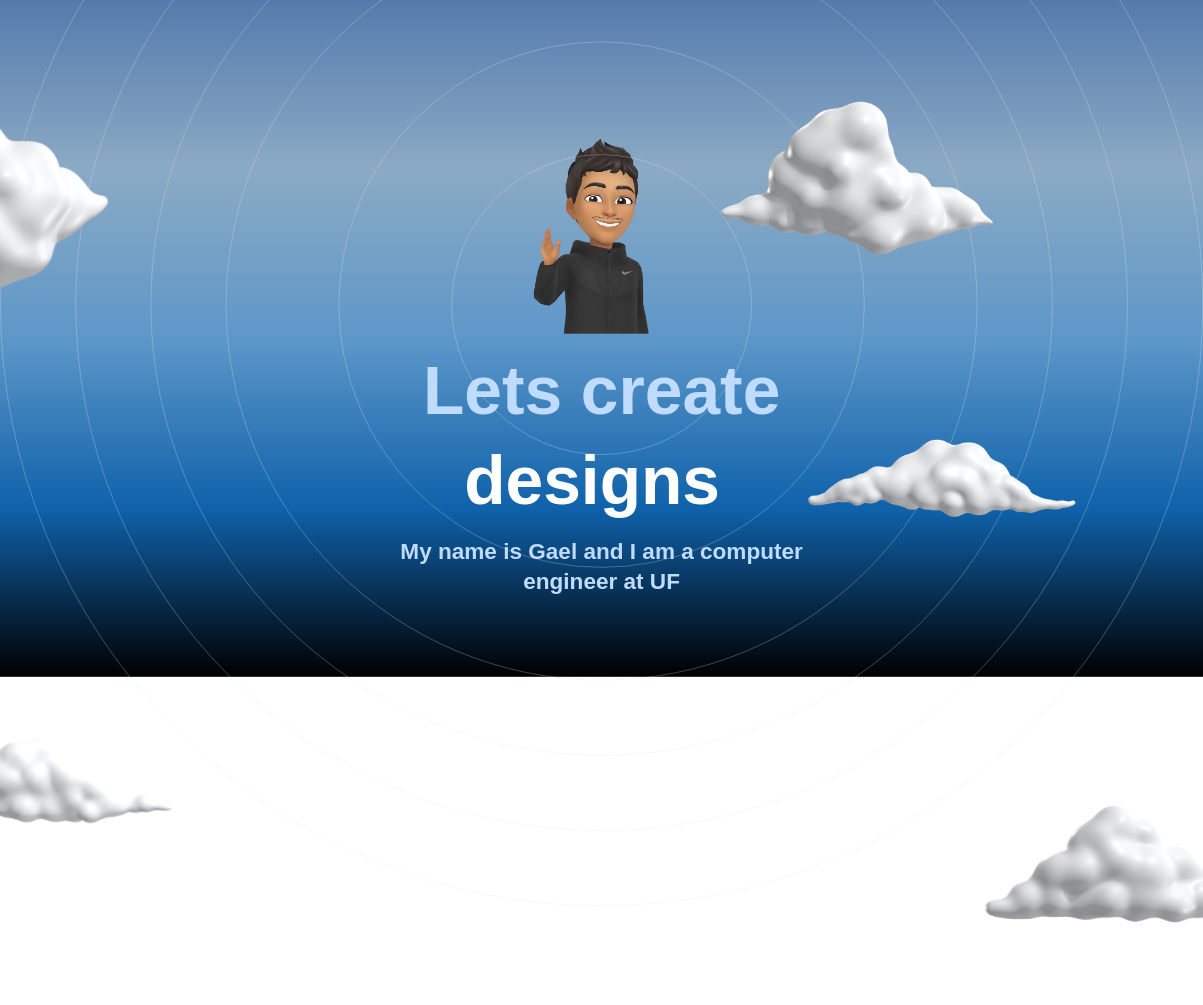
Repository: GG1627/2d-portfolio
Page: /
The author's editor kept a copy of each file at every save. The page is drawn from the files as they stood at one save, then again after the next save.
The browser window is 1280 px wide. The pictures show the whole page, at 94% of full size.
The project was rebuilt for these pictures with package versions that can differ from the ones it lists, and the page was loaded fresh each time. The framework's server and built-in components were replaced by stand-ins that run in the browser. Also part of the build but not shown: next.config.ts.

Above is the page before, as saved 2025-01-07 16:02:13.

### app/page.tsx
import Image from "next/image";
import { Hero } from "./components/ui/Hero";

export default function Home() {
  return (
    <div>
      <Hero />
    </div>
  );
}

### app/components/ui/Hero.tsx
"use client";
import Image from "next/image";
import { TypeAnimation } from "react-type-animation";
import React, { useRef } from "react";
import ParallaxClouds from "./Clouds";

export const Hero = () => {
  const parallaxRef = useRef<HTMLDivElement>(null); // Keeps it flexible

  return (
    <div
      style={{
        background:
          "linear-gradient(180deg, #557BAD, #8BAAC4, #5D97C9, #0F62AB, #000)",
      }}
      className="overflow-x-clip min-h-screen pt-12 flex items-center justify-center relative"
    >
      <div className="container mx-auto space-y-6 flex items-center justify-center flex-col text-center">
        <Image
          src="/avatar.png"
          alt="avatar"
          className="mx-auto"
          width={250}
          height={250}
        />
        <h1 className="text-blue-200 font-extrabold text-7xl">Lets create</h1>
        <TypeAnimation
          className="text-7xl text-white inline-block font-extrabold"
          wrapper="h1"
          cursor={true}
          repeat={Infinity}
          sequence={["experience", 1000, "websites", 1000, "designs", 1000]}
        />
        <p className="text-blue-200 text-2xl font-semibold max-w-[500px]">
          My name is Gael and I am a computer engineer at UF
        </p>
        <ParallaxClouds />
      </div>
    </div>
  );
};

### app/components/ui/Clouds.tsx
import React, { useEffect, useState } from "react";
import Cloud1 from "../../assets/cloud1.png";
import Cloud2 from "../../assets/cloud2.png";
import Cloud3 from "../../assets/cloud3.png";
import Cloud4 from "../../assets/cloud4.png";
import Cloud5 from "../../assets/cloud5.png";
import Image from "next/image";
import { Circles } from "./Circles";

const ParallaxClouds = () => {
  const [mousePosition, setMousePosition] = useState({ x: 0, y: 0 });
  const [cloudsPosition, setCloudsPosition] = useState({
    cloud1: { x: 0, y: 0 },
    cloud2: { x: 0, y: 0 },
    cloud3: { x: 0, y: 0 },
    cloud4: { x: 0, y: 0 },
    cloud5: { x: 0, y: 0 },
  });

  // Track mouse position
  const handleMouseMove = (e: MouseEvent) => {
    const { clientX, clientY } = e;
    setMousePosition({ x: clientX, y: clientY });
  };

  // Calculate cloud positions based on mouse position
  useEffect(() => {
    const updateCloudPositions = () => {
      setCloudsPosition({
        cloud1: {
          x: (mousePosition.x - window.innerWidth / 2) * 0.05,
          y: (mousePosition.y - window.innerHeight / 2) * 0.05,
        },
        cloud2: {
          x: (mousePosition.x - window.innerWidth / 2) * 0.1,
          y: (mousePosition.y - window.innerHeight / 2) * 0.1,
        },
        cloud3: {
          x: (mousePosition.x - window.innerWidth / 2) * 0.15,
          y: (mousePosition.y - window.innerHeight / 2) * 0.15,
        },
        cloud4: {
          x: (mousePosition.x - window.innerWidth / 2) * 0.2,
          y: (mousePosition.y - window.innerHeight / 2) * 0.2,
        },
        cloud5: {
          x: (mousePosition.x - window.innerWidth / 2) * 0.25,
          y: (mousePosition.y - window.innerHeight / 2) * 0.25,
        },
      });
    };

    updateCloudPositions();
  }, [mousePosition]); // Update whenever the mouse position changes

  // Add event listener for mouse movement
  useEffect(() => {
    window.addEventListener("mousemove", handleMouseMove);

    // Clean up the event listener
    return () => {
      window.removeEventListener("mousemove", handleMouseMove);
    };
  }, []);

  return (
    <div className="absolute top-[-45%] left-[50%] w-[78rem] -translate-x-1/2 aspect-square">
      <Circles />
      <Image
        src={Cloud1}
        alt="cloud 1"
        className="absolute"
        style={{
          left: `calc(-7% + ${cloudsPosition.cloud1.x}px)`,
          top: `calc(80% + ${cloudsPosition.cloud1.y}px)`,
          width: "300px", // Make the cloud smaller
          transition: "transform 0.1s ease-out",
        }}
      />
      <Image
        src={Cloud2}
        alt="cloud 2"
        className="absolute"
        style={{
          left: `calc(65% + ${cloudsPosition.cloud2.x}px)`,
          top: `calc(30% + ${cloudsPosition.cloud2.y}px)`,
          width: "300px", // Make the cloud smaller
          transition: "transform 0.1s ease-out",
        }}
      />
      <Image
        src={Cloud3}
        alt="cloud 3"
        className="absolute"
        style={{
          left: `calc(90% + ${cloudsPosition.cloud3.x}px)`,
          top: `calc(90% + ${cloudsPosition.cloud3.y}px)`,
          width: "300px", // Make the cloud smaller
          transition: "transform 0.1s ease-out",
        }}
      />
      <Image
        src={Cloud4}
        alt="cloud 4"
        className="absolute"
        style={{
          left: `calc(-5% + ${cloudsPosition.cloud4.x}px)`,
          top: `calc(35% + ${cloudsPosition.cloud4.y}px)`,
          width: "300px", // Make the cloud smaller
          transition: "transform 0.1s ease-out",
        }}
      />
      <Image
        src={Cloud5}
        alt="cloud 5"
        className="absolute"
        style={{
          left: `calc(80% + ${cloudsPosition.cloud5.x}px)`,
          top: `calc(60% + ${cloudsPosition.cloud5.y}px)`,
          width: "300px", // Make the cloud smaller

          transition: "transform 0.1s ease-out",
        }}
      />
    </div>
  );
};

export default ParallaxClouds;

### app/components/ui/Circles.tsx
export const Circles = () => {
  return (
    <>
      <div className="aspect-square absolute opacity-30 top-1/2 left-1/2 w-[60rem] border rounded-full -translate-x-1/2 -translate-y-1/2"></div>
      <div className="aspect-square absolute opacity-30 top-1/2 left-1/2 w-[50rem] border rounded-full -translate-x-1/2 -translate-y-1/2"></div>
      <div className="aspect-square absolute opacity-30 top-1/2 left-1/2 w-[35rem] border rounded-full -translate-x-1/2 -translate-y-1/2"></div>
      <div className="aspect-square absolute opacity-30 top-1/2 left-1/2 w-[20rem] border rounded-full -translate-x-1/2 -translate-y-1/2"></div>
      <div className="aspect-square absolute opacity-30 top-1/2 left-1/2 w-[70rem] border rounded-full -translate-x-1/2 -translate-y-1/2"></div>
      <div className="aspect-square absolute opacity-30 top-1/2 left-1/2 w-[80rem] border rounded-full -translate-x-1/2 -translate-y-1/2"></div>
    </>
  );
};

Loaded but not shown: app/layout.tsx (common file); app/globals.css (common file); tailwind.config.ts (common file)

After the next save:
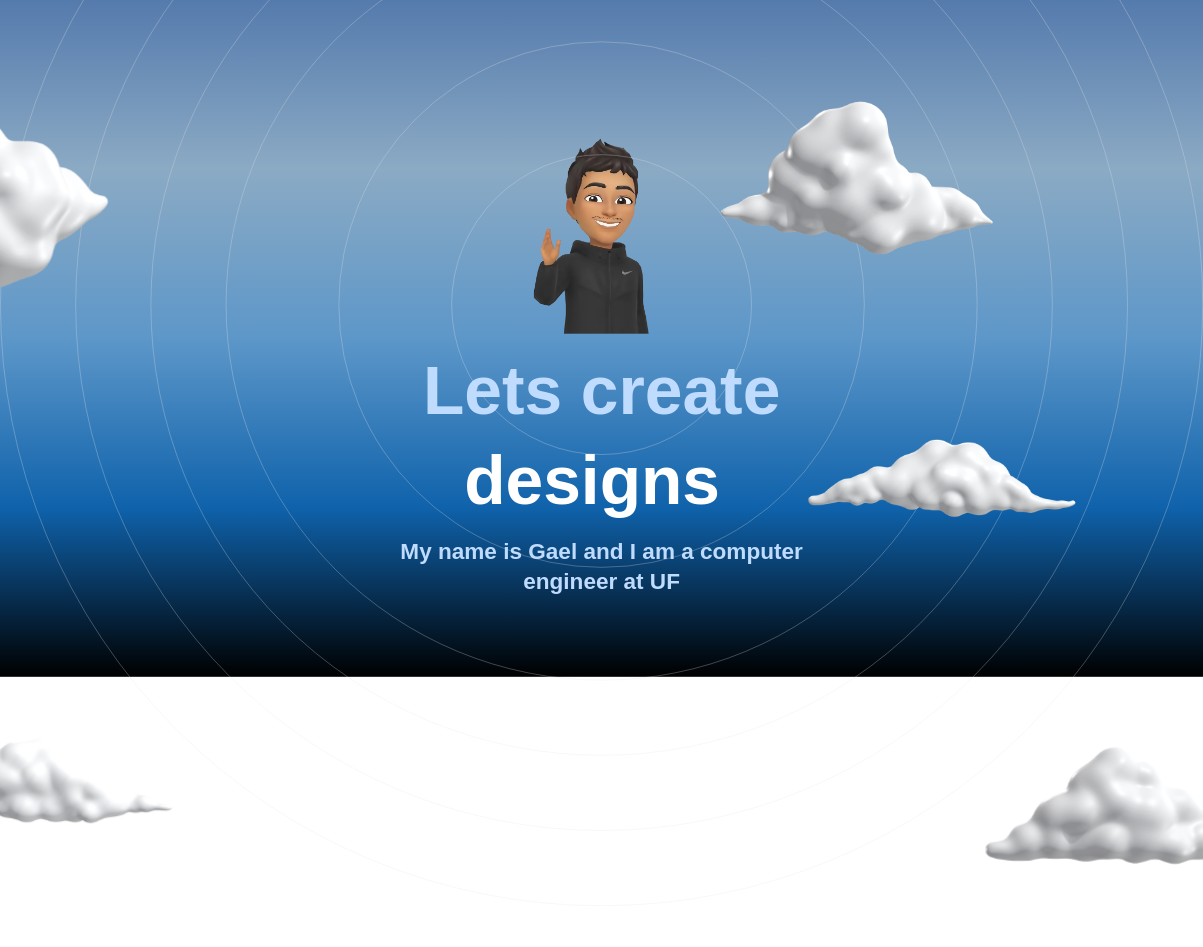
Saved 1 s later.
--- a/app/components/ui/Clouds.tsx
+++ b/app/components/ui/Clouds.tsx
@@ -94,7 +94,7 @@
         className="absolute"
         style={{
           left: `calc(90% + ${cloudsPosition.cloud3.x}px)`,
-          top: `calc(90% + ${cloudsPosition.cloud3.y}px)`,
+          top: `calc(85% + ${cloudsPosition.cloud3.y}px)`,
           width: "300px", // Make the cloud smaller
           transition: "transform 0.1s ease-out",
         }}
